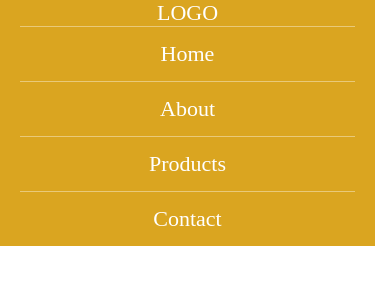
Repository: albayrakfatih/Flex-Navbar
Page: navbar-w-flexbox.html
The author's editor kept a copy of each file at every save. The page is drawn from the files as they stood at one save, then again after a run of saves.
The browser window is 375 px wide. The pictures show the whole page.

Above is the page before, as saved 2023-05-09 20:09:42.

After the next 5 saves:
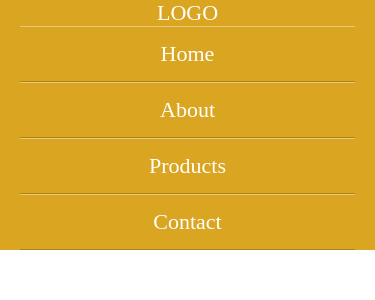
The 5 saves are shown as one change because they came seconds apart.
The last was saved 13 s later.
--- a/styles.css
+++ b/styles.css
@@ -44,7 +44,7 @@
     }
     .navigation a{
         border-top: 1px solid rgba(255,255,255,0.4);
-        border-top: 1px solid rgba(255,255,255,0.4);
+        border-bottom: 1px solid rgba(0,0,0,0.2);
 
     }
 
